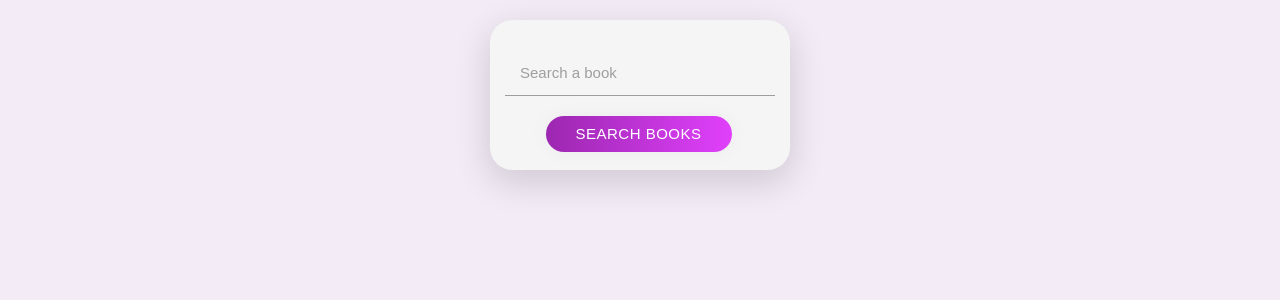
Repository: marinaserbanoiu/Cloud-Computing-Project
Page: server/frontend/bb.html
The author's editor kept a record of every edit. The page is drawn from the files as they stood at one moment, then again after the next edit.
The browser window is 1280 px wide. The pictures show the whole page.
The page's requests for data from a server got no answer. Some web libraries are served in a nearby version.

Above is the page before.

After the next edit:
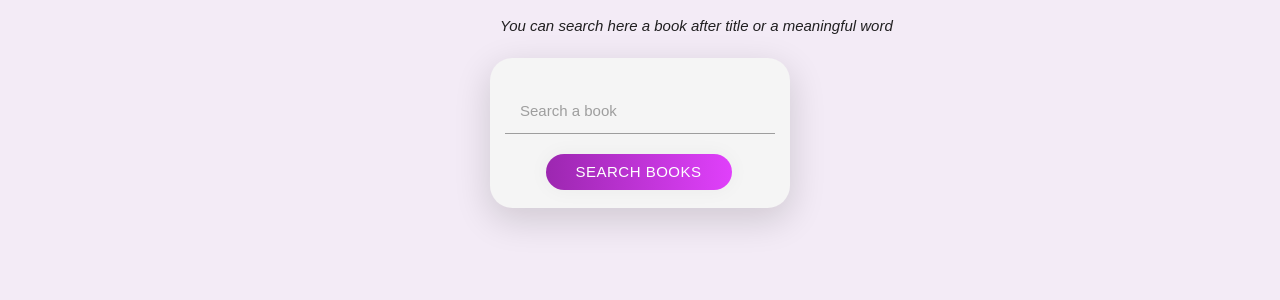
The edit:
--- a/server/frontend/bb.html
+++ b/server/frontend/bb.html
@@ -62,6 +62,7 @@
 </style>
 </head>
 <body>
+<i><p style="margin-left:500px;"> You can search here a book after title or a meaningful word <p></i>
 	<div id="search" class="#f5f5f5 grey lighten-4 z-depth-5">
 		<form id="myform">
 			<div class="input-field">
